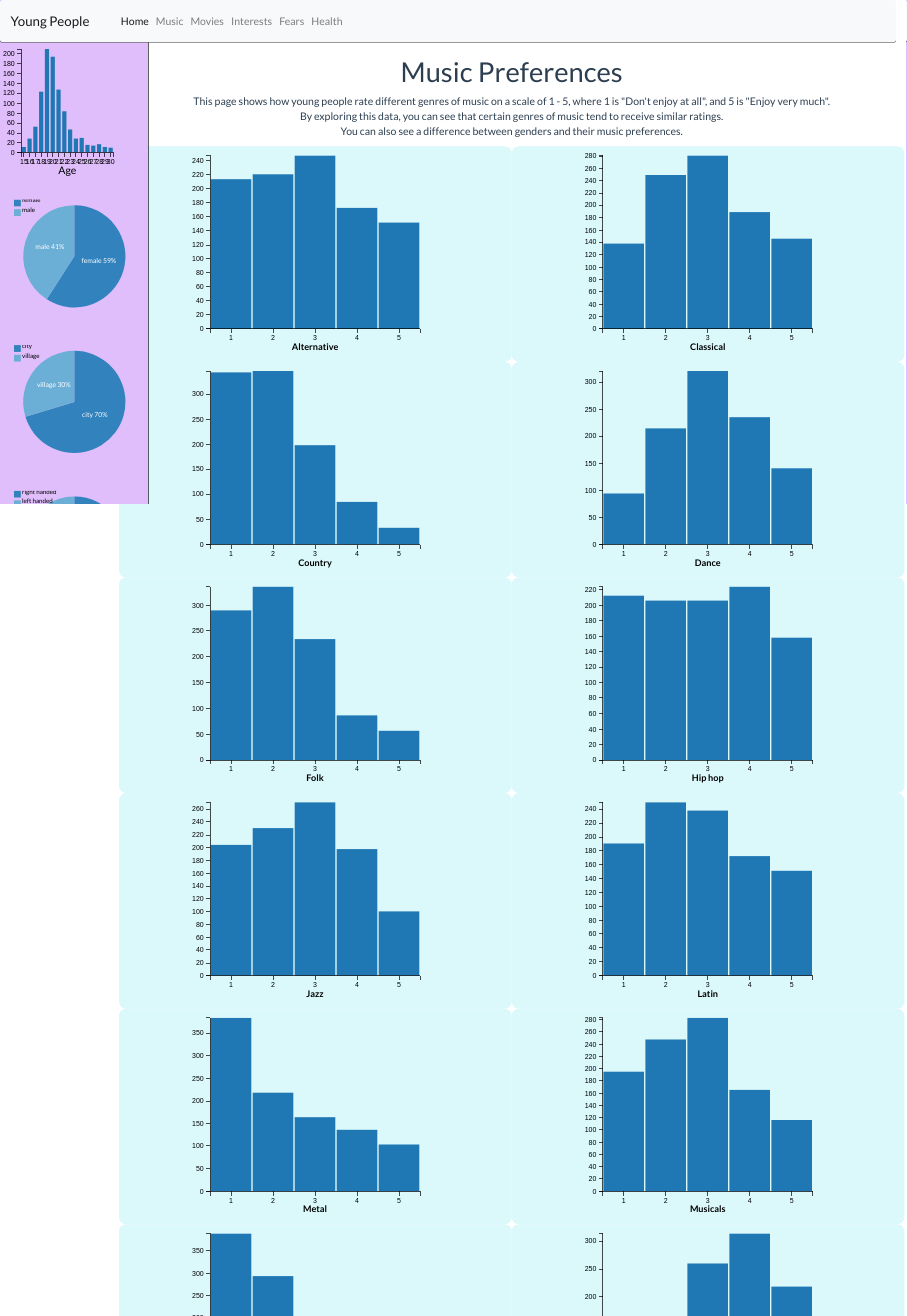
Repository: BrendanMolloy/milestone2
Page: music.html
The author's editor kept a record of every edit. The page is drawn from the files as they stood at one moment, then again after the next edit.
The browser window is 1280 px wide. The page is 1295 px wide, so the pictures cover 1295 px, including what lies to the right of the window. The pictures show the part of the page from y = 0 to 1880 px (the page is 2674 px tall before and 2754 px after), at 70% of full size.

Above is the page before.

### music.html
<!DOCTYPE html>
<html lang="en">

<head>
  <meta charset="UTF-8">
  <meta name="viewport" content="width=device-width, initial-scale=1.0">
  <meta http-equiv="X-UA-Compatible" content="ie=edge">
  <title>Young People</title>

  <link rel="stylesheet" href="https://maxcdn.bootstrapcdn.com/bootstrap/4.0.0/css/bootstrap.min.css" integrity="sha384-Gn5384xqQ1aoWXA+058RXPxPg6fy4IWvTNh0E263XmFcJlSAwiGgFAW/dAiS6JXm" crossorigin="anonymous">

  <link rel="stylesheet" href="css/bootstrap.min.css" type="text/css" />
  <link rel="stylesheet" href="css/dc.min.css" type="text/css" />
  <link rel="stylesheet" href="css/style.css" type="text/css" />

  <script type="text/javascript" src="js/d3.min.js"></script>
  <script type="text/javascript" src="js/crossfilter.min.js"></script>
  <script type="text/javascript" src="js/dc.min.js"></script>
  <script type="text/javascript" src="js/queue.min.js"></script>
  <script type="text/javascript" src="js/music.js"></script>
</head>

<body>
  <!------------------------------- Navbar -------------------------------------->

  <nav class="navbar navbar-expand-lg navbar-light bg-light">
    <a class="navbar-brand" href="#">Young People</a>
    <button class="navbar-toggler" type="button" data-toggle="collapse" data-target="#navbarNav" aria-controls="navbarNav" aria-expanded="false" aria-label="Toggle navigation">
    <span class="navbar-toggler-icon"></span>
  </button>
    <div class="collapse navbar-collapse" id="navbarNav">
      <ul class="navbar-nav">
        <li class="nav-item active">
          <a class="nav-link" href="index.html">Home</a>
        </li>
        <li class="nav-item">
          <a class="nav-link" href="music.html">Music <span class="sr-only">(current)</span></a>
        </li>
        <li class="nav-item">
          <a class="nav-link" href="movies.html">Movies</a>
        </li>
        <li class="nav-item">
          <a class="nav-link" href="interests.html">Interests</a>
        </li>
        <li class="nav-item">
          <a class="nav-link" href="fears.html">Fears</a>
        </li>
        <li class="nav-item">
          <a class="nav-link" href="health.html">Health</a>
        </li>
      </ul>
    </div>
  </nav>

  <!------------------------------- Sidebar ------------------------------------->
  <!--  filters/demographics -->
  <div class="row">
    <div class="sidenav col-sm-6 col-m-6 col-lg-2">
      <div id="age" class="side-graphs"></div>
      <div id="gender-balance" class="side-graphs"></div>
      <div id="city-village" class="side-graphs"></div>
      <div id="handedness" class="side-graphs"></div>
    </div>

  <!-------------------------------- Music ------------------------------------->
    <div class="section main col-lg-10">
      <h1>Music Preferences</h1>
      <p>This page shows how young people rate different genres of music on a scale of 1 - 5, where 1 is "Don't enjoy at all", and 5 is "Enjoy very much".
      <br> By exploring this data, you can see that certain genres of music tend to receive similar ratings.
      <br> You can also see a difference between genders and their music preferences.</p>
      <div class="row">
        <div id="alternative" class="col-sm-12 col-m-6 col-lg-6 badge"></div>
        <div id="classical" class="col-sm-12 col-m-6 col-lg-6 badge"></div>
        <div id="country" class="col-sm-12 col-m-6 col-lg-6 badge"></div>
        <div id="dance" class="col-sm-12 col-m-6 col-lg-6 badge"></div>
        <div id="folk" class="col-sm-12 col-m-6 col-lg-6 badge"></div>
        <div id="hiphop" class="col-sm-12 col-m-6 col-lg-6 badge"></div>
        <div id="jazz" class="col-sm-12 col-m-6 col-lg-6 badge"></div>
        <div id="latin" class="col-sm-12 col-m-6 col-lg-6 badge"></div>
        <div id="metal" class="col-sm-12 col-m-6 col-lg-6 badge"></div>
        <div id="musicals" class="col-sm-12 col-m-6 col-lg-6 badge"></div>
        <div id="opera" class="col-sm-12 col-m-6 col-lg-6 badge"></div>
        <div id="pop" class="col-sm-12 col-m-6 col-lg-6 badge"></div>
        <div id="punk" class="col-sm-12 col-m-6 col-lg-6 badge"></div>
        <div id="reggae" class="col-sm-12 col-m-6 col-lg-6 badge"></div>
        <div id="rock" class="col-sm-12 col-m-6 col-lg-6 badge"></div>
        <div id="techno" class="col-sm-12 col-m-6 col-lg-6 badge"></div>
      </div>
    </div>
  </div>

</body>

</html>

### css/style.css
.section {
  text-align: center;
  border-bottom: 1px solid #e6e6e6;
  padding: 0px;
}

.row {
  text-align: center;
}

.navbar {
  width: 100vw;
  position: fixed;
  z-index: 2;
  padding: 0;
  border-bottom: 1px solid #000;
}


.landing {
  text-align: center;
  padding-top: 60px;
  padding-right: 15%;
  padding-left: 15%;
}

.landing-graphs {
  position: relative;
  height: 0;
  width: 100%;
  padding: 50px;
  padding-bottom: 25%;
}

.sidenav {
  height: 100%;
  /*Full-height: remove this if you want "auto" height */
  /*width: 450px;  Set the width of the sidebar */
  position: fixed;
  /* Fixed Sidebar (stay in place on scroll) */
  z-index: 1;
  /* Stay on top */
  top: 0;
  /* Stay at the top */
  left: 0;
  background-color: #DFBEFB;
  /* Light Grey */
  overflow-x: hidden;
  /* Disable horizontal scroll */
  padding: 0;
  padding-top: 60px;
  border-right: 1px solid #000;
}

.main {
  margin-left: 200px;
  /*Same as the width of the sidebar */
  max-width: 100vw;
  padding: 0;
  padding-top: 60px;
}

.badge {
  background-color: #DBF8FB;
}


#music-enjoyment {
  padding: 0;
}

.side-graphs {
  text-align: center;
  width: 100%;
  padding: 20px;
}

.side-graphs#age {
  padding: 0;
}

### js/music.js
/* global queue */
/* global d3 */
/* global crossfilter */
/* global dc */

queue()
    .defer(d3.csv, "data/young-people.csv")
    .await(makeGraphs);

function makeGraphs(error, ypData){
    var ndx = crossfilter(ypData);

    // demographics //
    show_age_range(ndx);
    show_pie_chart(ndx, 'Gender', "#gender-balance");
    show_pie_chart(ndx, 'Village - town', "#city-village");
    show_pie_chart(ndx, 'Left - right handed', "#handedness")

    // music //
    /*show_enjoyment(ndx, 'Music', "#music-enjoyment", "I enjoy listening to music");*/
    show_bar_chart(ndx, 'Alternative', "#alternative", "Alternative");
    show_bar_chart(ndx, 'Classical music', "#classical", "Classical");
    show_bar_chart(ndx, 'Country', "#country", "Country");
    show_bar_chart(ndx, 'Dance', "#dance", "Dance");
    show_bar_chart(ndx, 'Folk', "#folk", "Folk");
    show_bar_chart(ndx, 'Hiphop, Rap', "#hiphop", "Hip hop");
    show_bar_chart(ndx, 'Swing, Jazz', "#jazz", "Jazz");
    show_bar_chart(ndx, 'Latino', "#latin", "Latin");
    show_bar_chart(ndx, 'Metal or Hardrock', "#metal", "Metal");
    show_bar_chart(ndx, 'Musical', "#musicals", "Musicals");
    show_bar_chart(ndx, 'Opera', "#opera", "Opera");
    show_bar_chart(ndx, 'Pop', "#pop", "Pop");
    show_bar_chart(ndx, 'Punk', "#punk", "Punk");
    show_bar_chart(ndx, 'Reggae, Ska', "#reggae", "Reggae");
    show_bar_chart(ndx, 'Rock', "#rock", "Rock");
    show_bar_chart(ndx, 'Techno, Trance', "#techno", "Techno");

    dc.utils.printSingleValue.fformat = d3.format('.0f');

    dc.renderAll();
}

function remove_empty_bins(source_group) { //eliminates empty or null values from the dataset, so graphs can render unimpeded//
    return {
        all:function () {
            return source_group.all().filter(function(d) {
                //return Math.abs(d.value) > 0.00001; // if using floating-point numbers
                return d.key !== ""; // if integers only
            });
        }
    };
}



//---------------------- Demographics Graphs ---------------------------------//

function show_pie_chart(ndx, dimensionLabel, id){
    var dim = ndx.dimension(dc.pluck(dimensionLabel));
    var group = dim.group();
    var filtered_group = remove_empty_bins(group)

    dc.pieChart(id)
        .useViewBoxResizing(true)
        .externalRadiusPadding(10)
        .innerRadius(0)
        .dimension(dim)
        .group(filtered_group)
        .legend(dc.legend())
        .on('pretransition', function(chart) {
        chart.selectAll('text.pie-slice').text(function(d) {
            return d.data.key + ' ' + dc.utils.printSingleValue((d.endAngle - d.startAngle) / (2*Math.PI) * 100) + '%';
        })
    })
}

function show_age_range(ndx){
    var dim = ndx.dimension(dc.pluck('Age'));
    var group = dim.group();
    var filtered_group = remove_empty_bins(group)

    dc.barChart("#age")
        .useViewBoxResizing(true)
        .dimension(dim)
        .group(filtered_group)
        .transitionDuration(500)
        .x(d3.scale.ordinal())
        .xUnits(dc.units.ordinal)
        .elasticY(true)
        .xAxisLabel("Age")
        .yAxis().ticks(10);
}

/*function show_age_range(ndx){ //displays age distribution in pie chart form
    var dim = ndx.dimension(dc.pluck('Age'));
    var group = dim.group();
    var filtered_group = remove_empty_bins(group)

    dc.pieChart("#age")
        .useViewBoxResizing(true)
        .externalRadiusPadding(10)
        .innerRadius(0)
        .dimension(dim)
        .group(filtered_group)
        .legend(dc.legend())
        .on('pretransition', function(chart) {
        chart.selectAll('text.pie-slice').text(function(d) {
            return d.data.key + ' ' + dc.utils.printSingleValue((d.endAngle - d.startAngle) / (2*Math.PI) * 100) + '%';
        })
    })
} */

//---------------------------- Main Graphs ----------------------------------//

function show_enjoyment(ndx, dimensionLabel, id, xlabel){
    var dim = ndx.dimension(dc.pluck(dimensionLabel));
    var group = dim.group();
    var filtered_group = remove_empty_bins(group)

    dc.barChart(id)
        .width(400)
        .height(300)
        .margins({top:10, right:50, bottom:30, left:50})
        .dimension(dim)
        .group(filtered_group)
        .transitionDuration(500)
        .x(d3.scale.ordinal())
        .xUnits(dc.units.ordinal)
        .elasticY(true)
        .xAxisLabel(xlabel)
        .yAxis().ticks(10);
}

function show_bar_chart(ndx, dimensionLabel, id, xlabel){
    var dim = ndx.dimension(dc.pluck(dimensionLabel)); //selects column from dataset
    var group = dim.group();
    var filtered_group = remove_empty_bins(group)
    var w = 400; //adjust graph dimensions
    var h = 300;

    dc.barChart(id)
        .width(w)
        .height(h)
        .margins({top:10, right:50, bottom:30, left:50})
        .dimension(dim)
        .group(filtered_group)
        .transitionDuration(500)
        .x(d3.scale.ordinal())
        .xUnits(dc.units.ordinal)
        .elasticY(true)
        .xAxisLabel(xlabel)
        .yAxis().ticks(10);
}

Loaded but not shown: css/bootstrap.min.css (library); css/dc.min.css (library); js/d3.min.js (library); js/crossfilter.min.js (library); js/dc.min.js (library); js/queue.min.js (common file)

After the next edit:
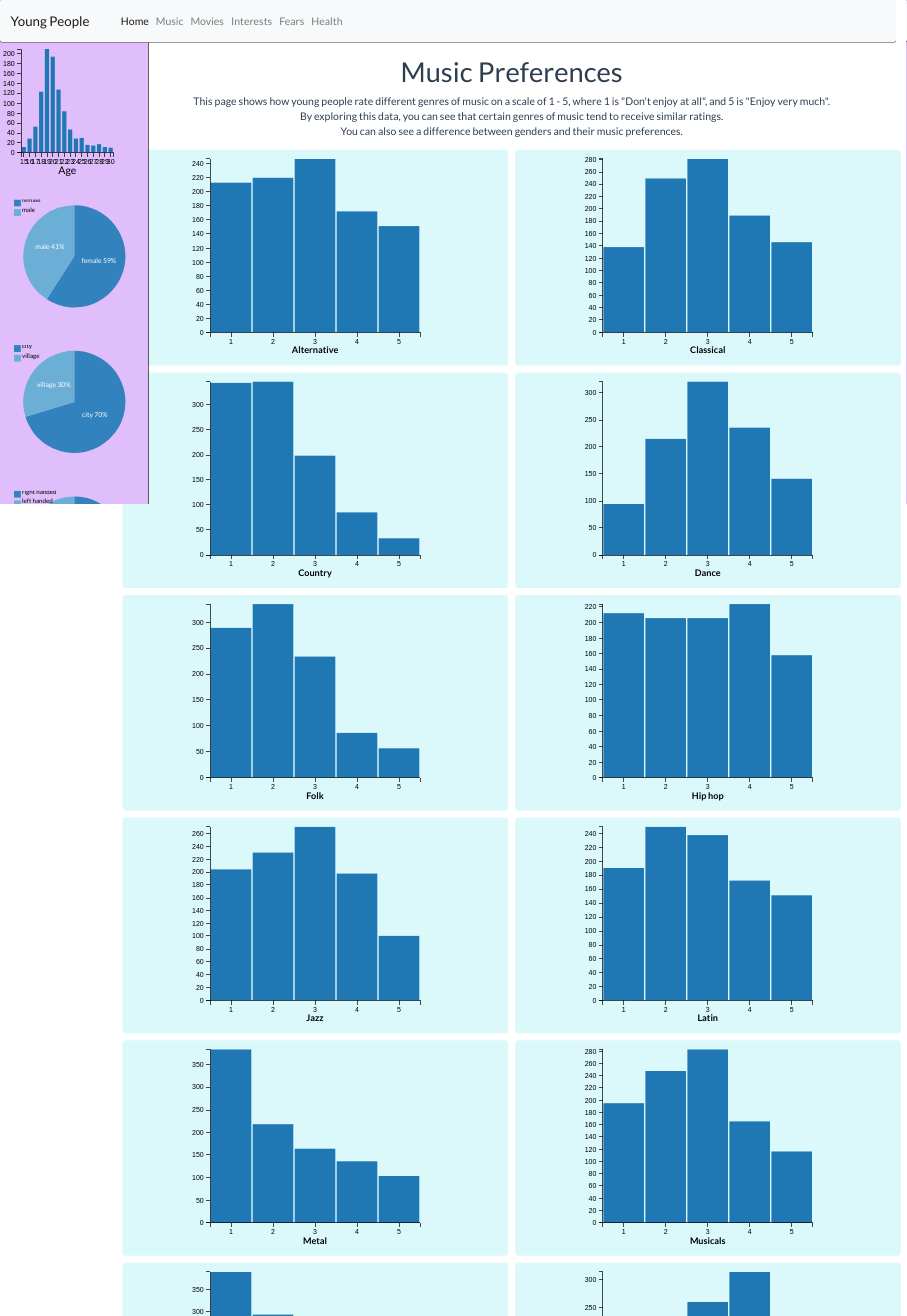
The edit:
--- a/css/style.css
+++ b/css/style.css
@@ -62,6 +62,7 @@
 
 .badge {
   background-color: #DBF8FB;
+  border: 5px solid #fff;;
 }
 
 
